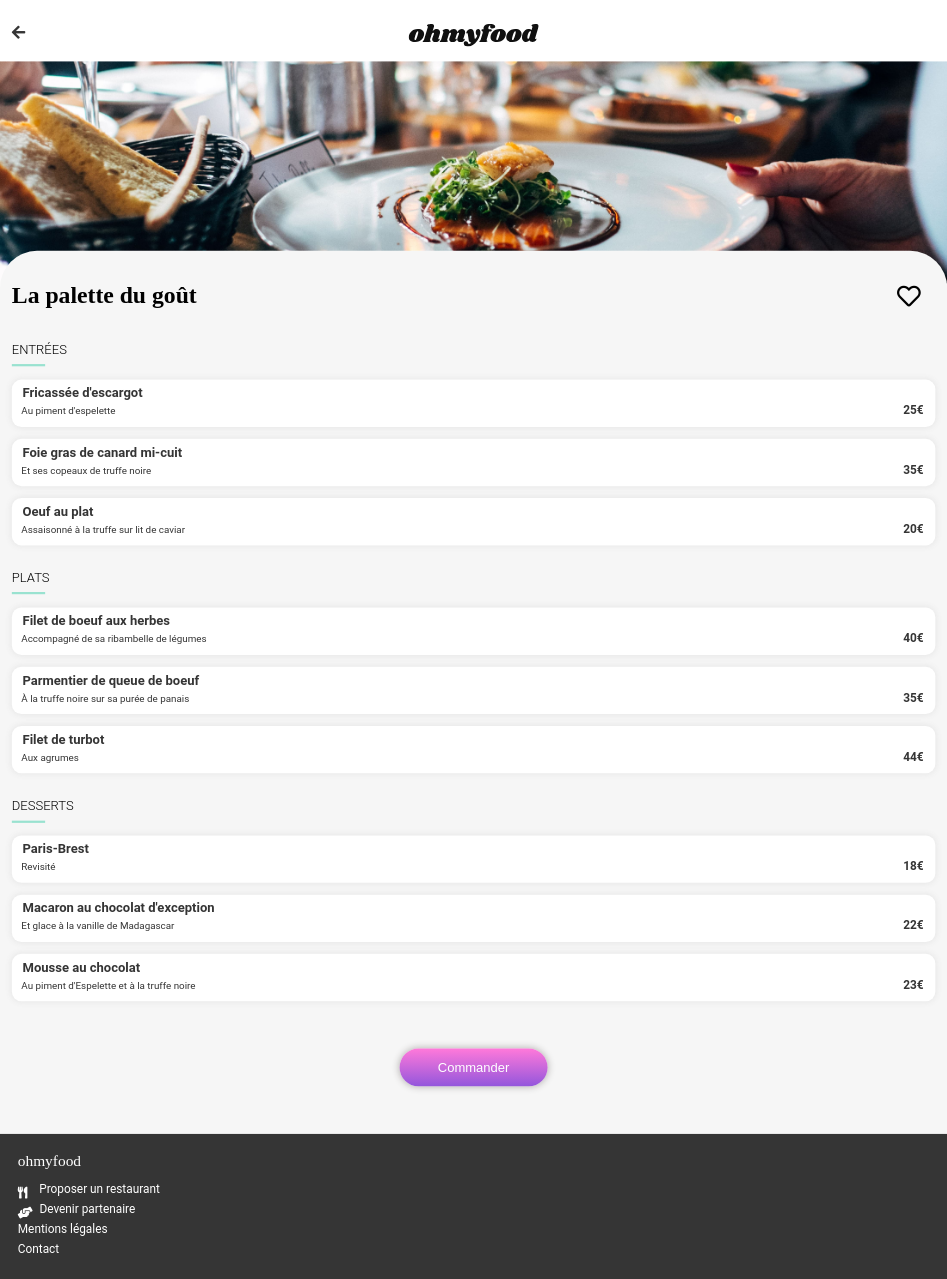
Repository: AlexisTisserand/AlexisTisserand_3_24112020
Page: menu-la-palette-du-gout.html
The author's editor kept a copy of each file at every save. The page is drawn from the files as they stood at one save, then again after the next save.
The browser window is 1280 px wide. The pictures show the whole page, at 74% of full size.
Some web libraries are served in a nearby version. The style sheet was rebuilt from its Sass, Less or Tailwind sources for each picture, by a compiler version that may differ from the author's.

Above is the page before, as saved 2020-12-09 11:55:45.

After the next save:
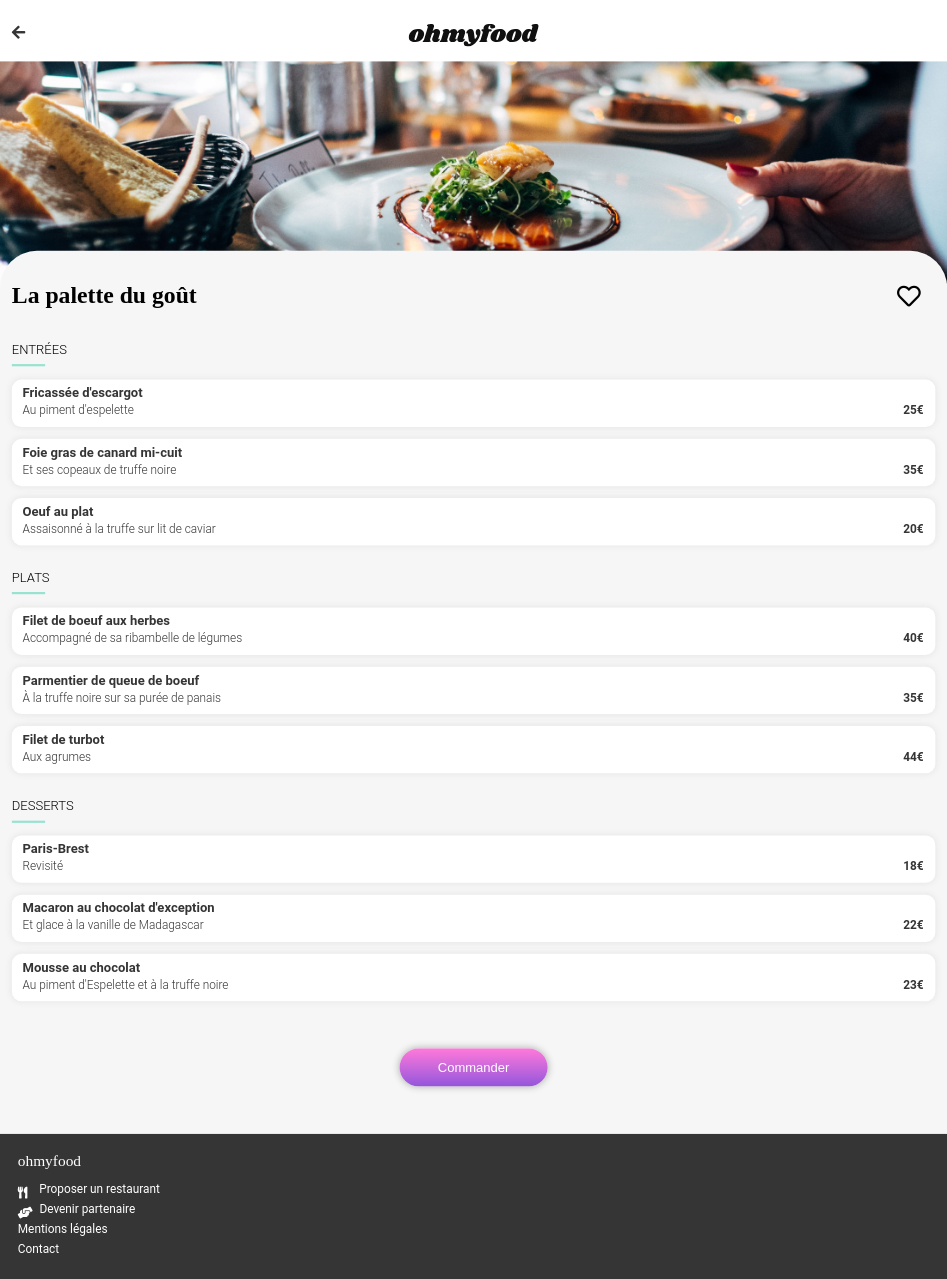
Saved 2 h 14 min later.
--- a/sass/style.scss
+++ b/sass/style.scss
@@ -484,8 +484,9 @@ header{
             align-content: center;
             justify-content: space-between;
             h5{
-                font-weight: 400;
-                margin: 0.2rem 0 0.5rem 0.8rem;
+                font-weight: 300;
+                margin: 0rem 0 0.5rem 0.9rem;
+                font-size: 1rem;
             }
         }
         &--prix{
